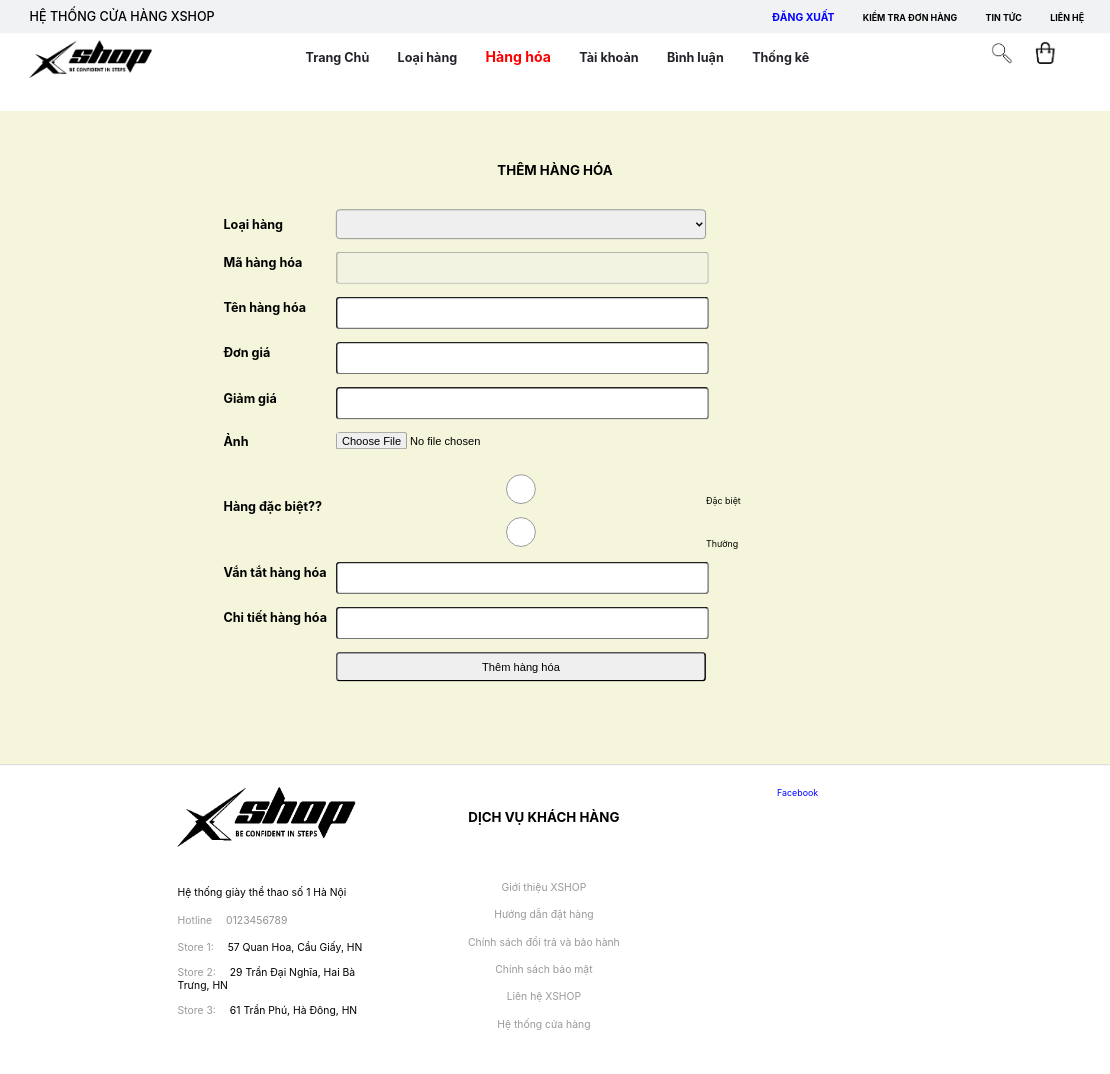
Repository: tienaq123/dam
Page: http://localhost/ass/ad/themsanpham.php
These files come from the project's save history. The page is drawn as it stood at one moment and after the next save; the edit follows.
The browser window is 1280 px wide. The page is 1500 px wide, so the pictures cover 1500 px, including what lies to the right of the window. The pictures show the whole page, at 74% of full size.
The page is run by PHP 8.4 with error messages shown; the project is at /var/www/html/. Queries for data that is not in the repository find no rows.

Above is the page before, as saved 2021-10-22 02:19:39.

After the next save:
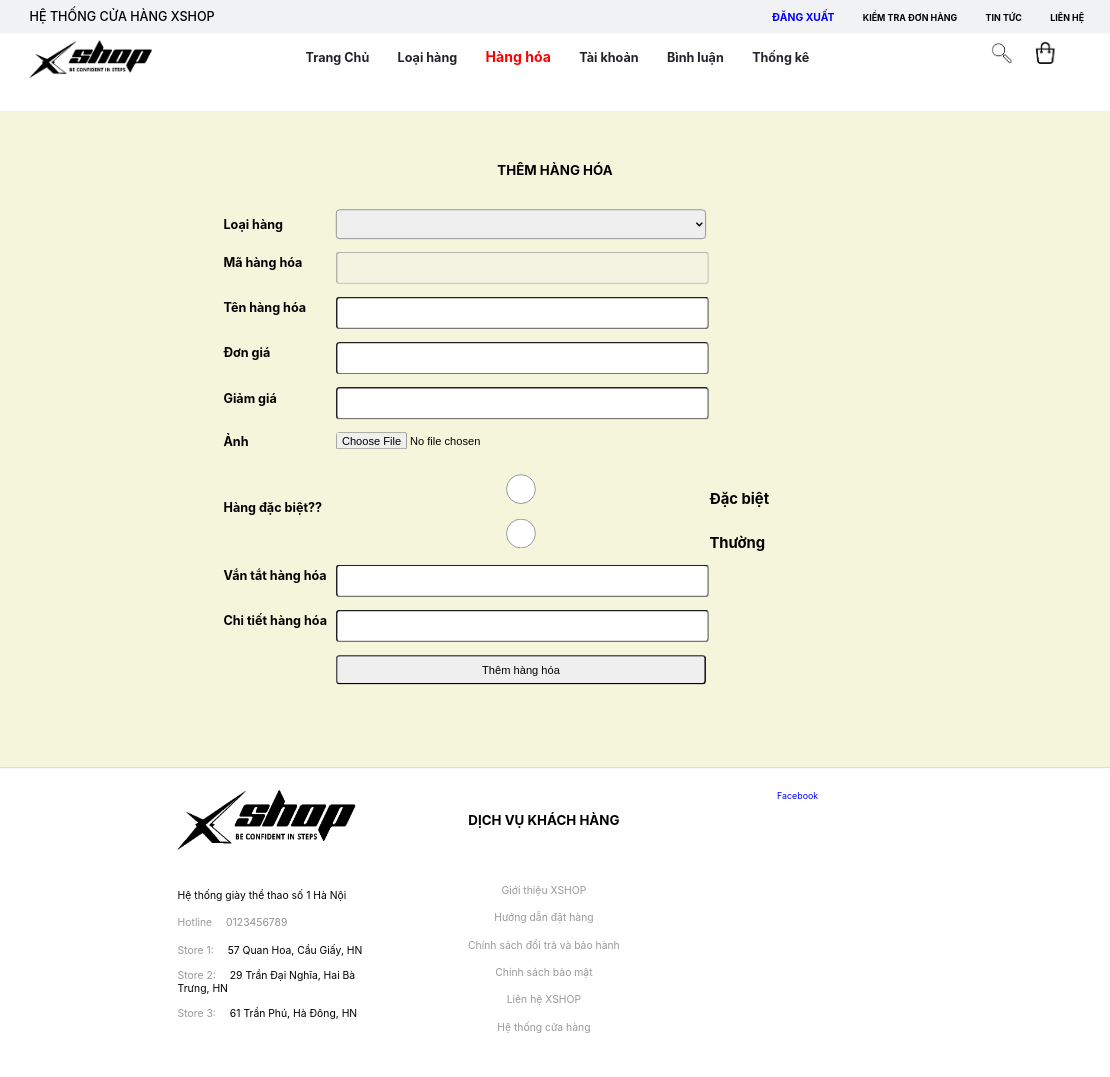
Saved 54 s later.
--- a/ad/themsanpham.php
+++ b/ad/themsanpham.php
@@ -96,8 +96,8 @@
 
                     <tr>
                         <td class="left">Hàng đặc biệt??</td>
-                        <td class="right"><input style="font-size: 20px; font-weight:bold" name="dac_biet" type="radio" value="dac_biet" />Đặc biệt
-                                          <input name="dac_biet" type="radio" value="thuong" />Thường <br>
+                        <td class="right"><input name="dac_biet" type="radio" value="dac_biet" /><span style="font-size: 20px; font-weight:bold"> Đặc biệt</span>
+                                          <input name="dac_biet" type="radio" value="thuong" /><span style="font-size: 20px; font-weight:bold"> Thường</span> <br>
                         </td>
                     </tr>
 
